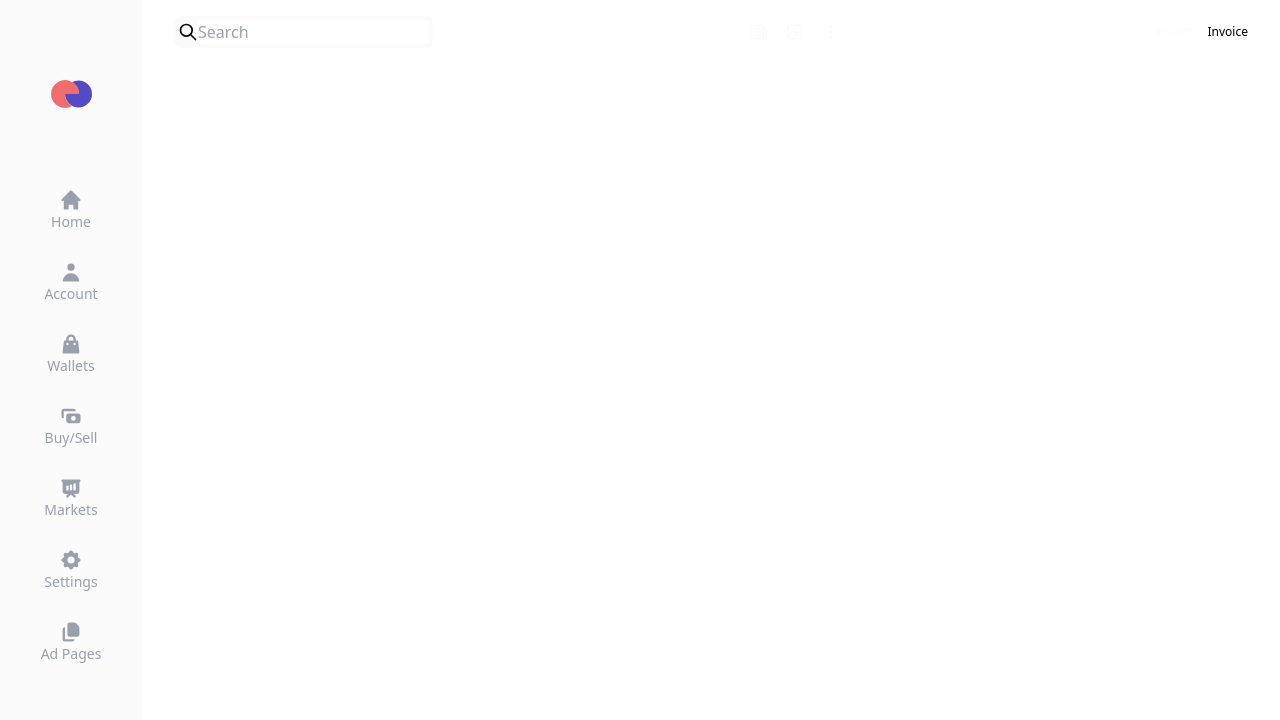
Repository: almaqdad55/crypto-app-nextjs
Page: /
The author's editor kept a copy of each file at every save. The page is drawn from the files as they stood at one save, then again after the next save.
The browser window is 1280 px wide. The pictures show the whole page.
The project was rebuilt for these pictures with package versions that can differ from the ones it lists, and the page was loaded fresh each time. The framework's server and built-in components were replaced by stand-ins that run in the browser.

Above is the page before, as saved 2022-01-04 20:10:48.

After the next save:
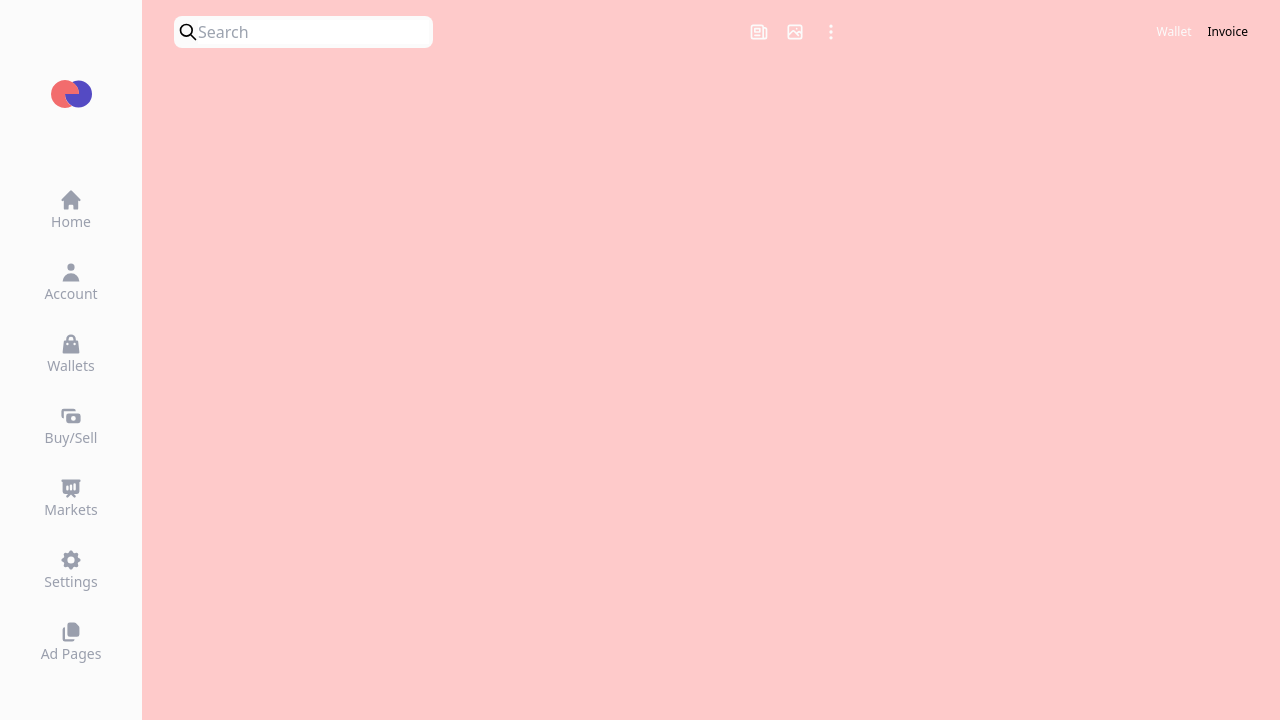
Saved 13 s later.
--- a/components/Feed.jsx
+++ b/components/Feed.jsx
@@ -8,7 +8,7 @@ import {
 // import { SearchIcon } from '@heroicons/react/solid';
 const Feed = () => {
   return (
-    <div className=" flex-grow  ">
+    <div className=" flex-grow  bg-red-200">
       <div className="flex items-center  justify-between py-4 px-8">
         <div className="flex items-center bg-[#fbfbfb] rounded-lg p-1">
           <SearchIcon className="h-5" />
